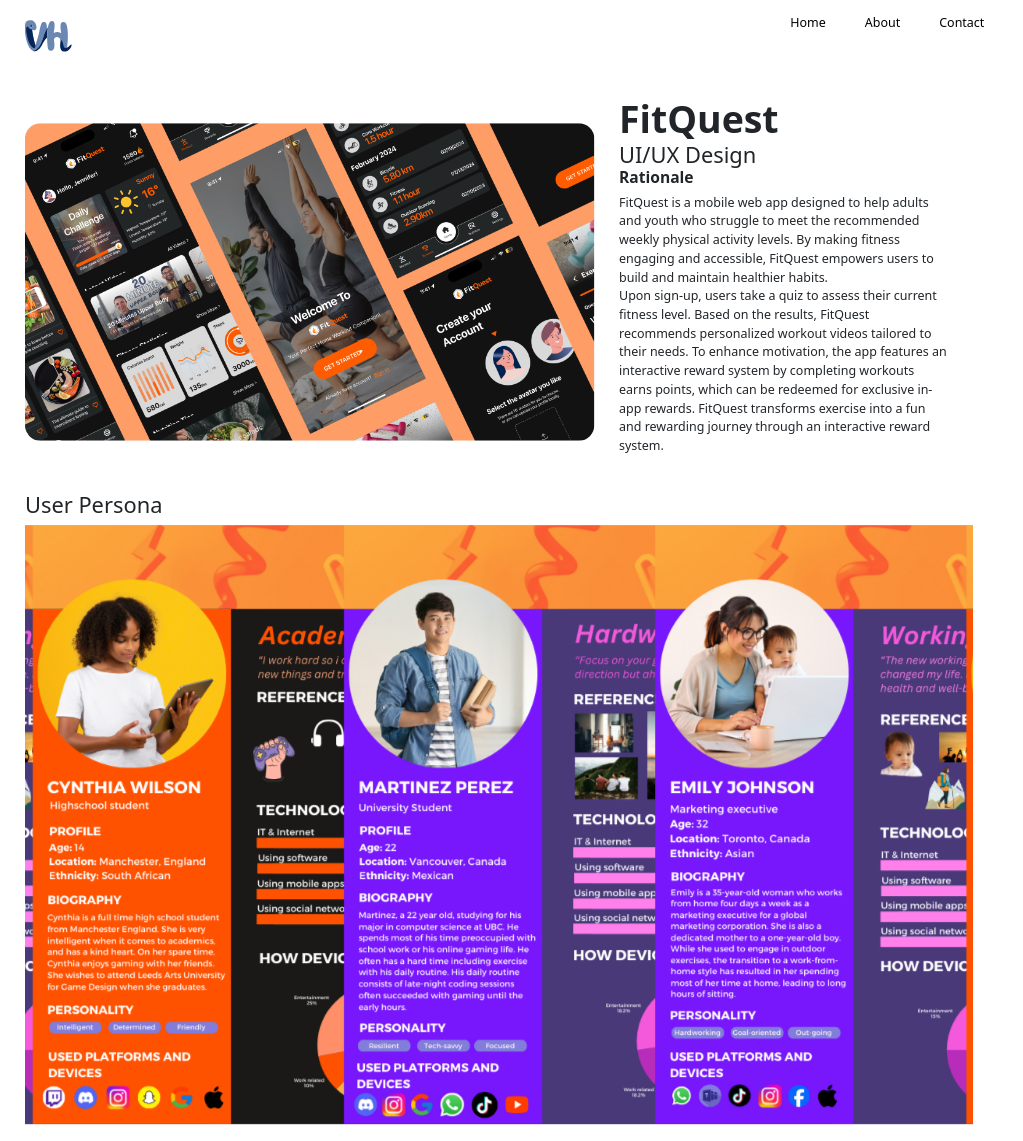
Repository: Vanessahyc/vanessa-portfolio
Page: /fitquest
These files come from the project's save history. The page is drawn as it stood at one moment and after the next save; the edit follows.
The browser window is 1280 px wide. The page is 1312 px wide, so the pictures cover 1312 px, including what lies to the right of the window. The pictures show the whole page, at 78% of full size.
The project was rebuilt for these pictures with package versions that can differ from the ones it lists, and the page was loaded fresh each time. The framework's server and built-in components were replaced by stand-ins that run in the browser. Also part of the build but not shown: next.config.mjs.

Above is the page before, as saved 2025-02-07 17:38:52.

### src/app/layout.js
import { Geist, Geist_Mono } from "next/font/google";
import "./globals.css";
import 'bootstrap/dist/css/bootstrap.min.css'

const geistSans = Geist({
  variable: "--font-geist-sans",
  subsets: ["latin"],
});

const geistMono = Geist_Mono({
  variable: "--font-geist-mono",
  subsets: ["latin"],
});

export const metadata = {
  title: "Create Next App",
  description: "Generated by create next app",
};

export default function RootLayout({ children }) {
  return (
    <html lang="en">
      <body
        className={`${geistSans.variable} ${geistMono.variable} antialiased`}
      >
        {children}
      </body>
    </html>
  );
}

### src/app/fitquest/page.js
"use client";
import Header from "../../../components/Header";
import styles from "@/app/fitquest/Fitquest.module.css";
import Image from "next/image";
import dynamic from "next/dynamic";
import "slick-carousel/slick/slick.css";
import "slick-carousel/slick/slick-theme.css";
import { useState } from "react";

export default function Fitquest() {
    const Slider = dynamic(() => import('react-slick'), {ssr: false});
    const settings = {dots: true, infinite: true, speed: 500, slidesToShow: 3, slidesToScroll: 1, autoplay: false, autoplaySpeed: 3000, centerMode: true, centerPadding: '10px'};
    const images = ['/images/2.png', '/images/3.png', '/images/4.png']


    return(
        <>
            <Header/>
            <main className={styles.mainContainer}>
                <section className={`${styles.projectSection}`}>
                    <Image
                        src='/images/fitquest.png'
                        alt="Guava Can Design"
                        className={`${styles.mockup}`}
                        width={500}
                        height={400}
                    />
                    <div className={styles.projectInfo}>
                        <h2>FitQuest</h2>
                        <h3>UI/UX Design</h3>
                        <h4>Rationale</h4>
                        <p>
                        FitQuest is a mobile web app designed to help adults and youth who struggle to meet the recommended weekly physical activity levels. By making fitness engaging and accessible, FitQuest empowers users to build and maintain healthier habits.<br/>Upon sign-up, users take a quiz to assess their current fitness level. Based on the results, FitQuest recommends personalized workout videos tailored to their needs. To enhance motivation, the app features an interactive reward system by completing workouts earns points, which can be redeemed for exclusive in-app rewards. FitQuest transforms exercise into a fun and rewarding journey through an interactive reward system.
                        </p>
                    </div>
                </section>
                <section className={styles.personaContainer}>
                    <h3>User Persona</h3>
                    <div className='w-full overflow-hidden'>
                        <Slider {...settings}>
                            {images.map((src, index)=> (
                                <div key={index} className="cursor-pointer">
                                    <img src={src} alt={`slide ${index+1}`} className="w-full h-auto"></img>
                                </div>
                            ))}
                        </Slider>
                        {/* <Image
                            src='/images/2.png'
                            alt="youth persona"
                            className={`${styles.persona}`}
                            width={500}
                            height={400}
                        />
                        <Image
                            src='/images/3.png'
                            alt="young adult persona"
                            className={`${styles.persona}`}
                            width={500}
                            height={400}
                        />
                        <Image
                            src='/images/4.png'
                            alt='working mom persona'
                            className={`${styles.persona}`}
                            width={500}
                            height={400}
                        /> */}
                    </div>
                </section>
            </main>
        </>
    );
}

### src/app/globals.css
:root {
  --background: #ffffff;
  --foreground: #171717;
  --font48px: 48px;
  --font32px: 32px;
  --font28px: 28px;
  --font20px: 20px;
  --font18px: 18px;
  --font16px: 16px;
  --font-bold: 700;
  --font-medium: 500;
  --font-regular: 400;

}

body {
  font-family: Montserrat, sans-serif;
}

### components/Header/index.js
import Image from "next/image";
import Link from 'next/link';
import styles from './Header.module.css'

export default function Header() {
  return (
    <nav className={`${styles.navbar}`}>
      <Image src='/images/Logo.svg' alt="Vanessa Huang Logo" width={60} height={60}/>
      <ul>
        <li><Link href="/">Home</Link></li>
        <li><Link href="/about">About</Link></li>
        <li><Link href="/contact">Contact</Link></li>
      </ul>
    </nav>
  );
}

### src/app/fitquest/Fitquest.module.css
.mainContainer {
    margin: 1em 2em;
}

.projectSection {
    display: flex;
    align-items: center;
}

.projectSection img {
    width: 60%;
    height: 100%;
    border-radius: 20px;
}

.projectInfo {
    width: 40%;
    padding: 2em;
}

.projectInfo h2 {
    font-size: var(--font48px);
    font-weight: var(--font-bold);
    margin: 0;
}

.projectInfo h3 {
    font-size: var(--font28px);
    font-weight: var(--font-regular);
    margin: 0;
}

.projectInfo h4 {
    font-size: var(--font20px);
    font-weight: var(--font-bold);
}

.projectInfo p {
    font-size: var(--font16px);
    font-weight: var(--font-regular);
}

.persona {
    border-radius: 20px;
}

### components/Header/Header.module.css
.navbar {
    display: flex;
    justify-content: space-between;
    width: 100%;
    margin: 1em 2em;
}

.navbar ul {
    width: 30%;
    list-style: none;
    display: flex;
    justify-content: flex-end;
}

.navbar li {
    padding-right: 50px;
}

.navbar a {
    text-decoration: none;
    color: black;
    font-weight: var(--font-medium);
}

After the next save:
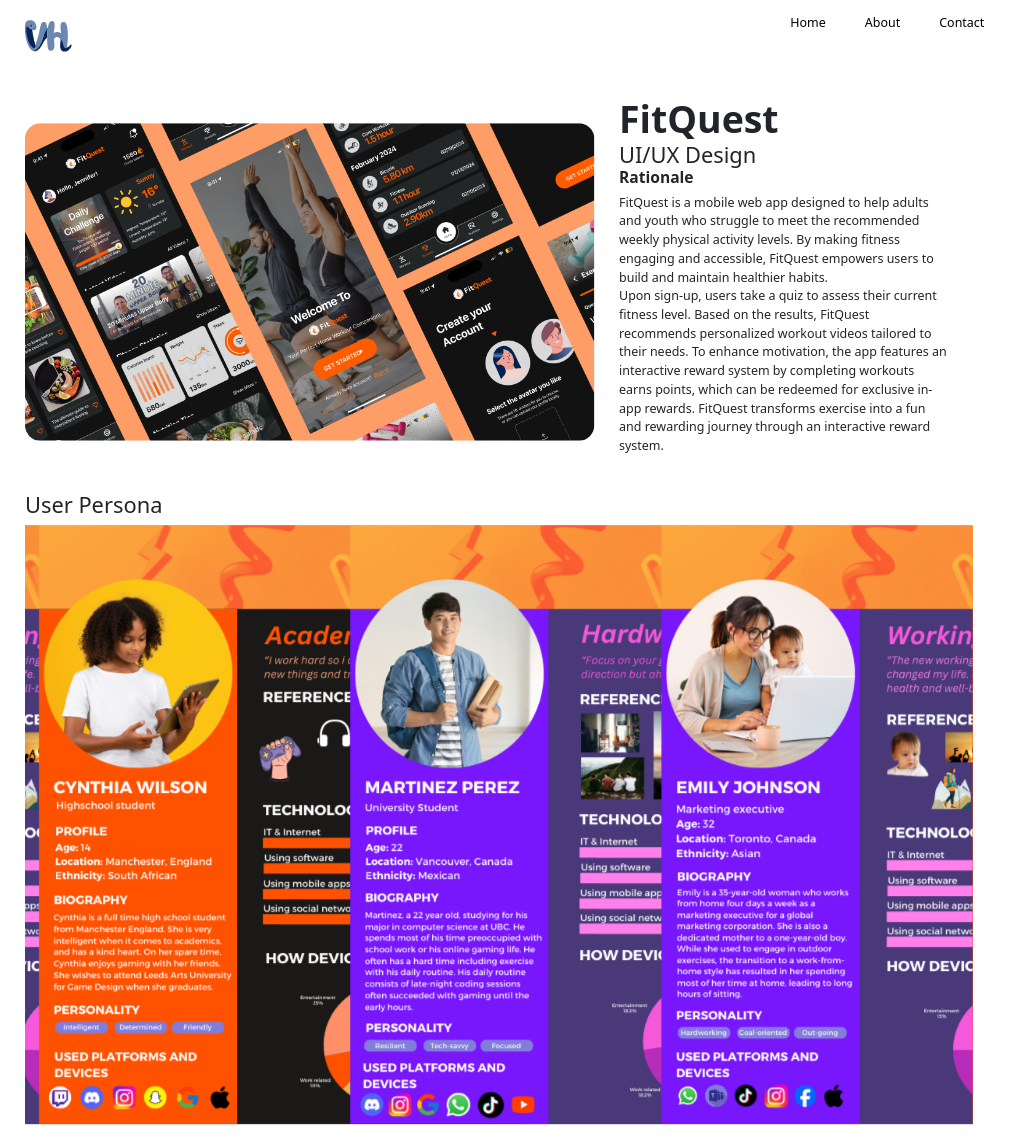
Saved 4 s later.
--- a/src/app/fitquest/page.js
+++ b/src/app/fitquest/page.js
@@ -39,7 +39,7 @@
                     <div className='w-full overflow-hidden'>
                         <Slider {...settings}>
                             {images.map((src, index)=> (
-                                <div key={index} className="cursor-pointer">
+                                <div key={index} className="cursor-pointer px-2">
                                     <img src={src} alt={`slide ${index+1}`} className="w-full h-auto"></img>
                                 </div>
                             ))}
